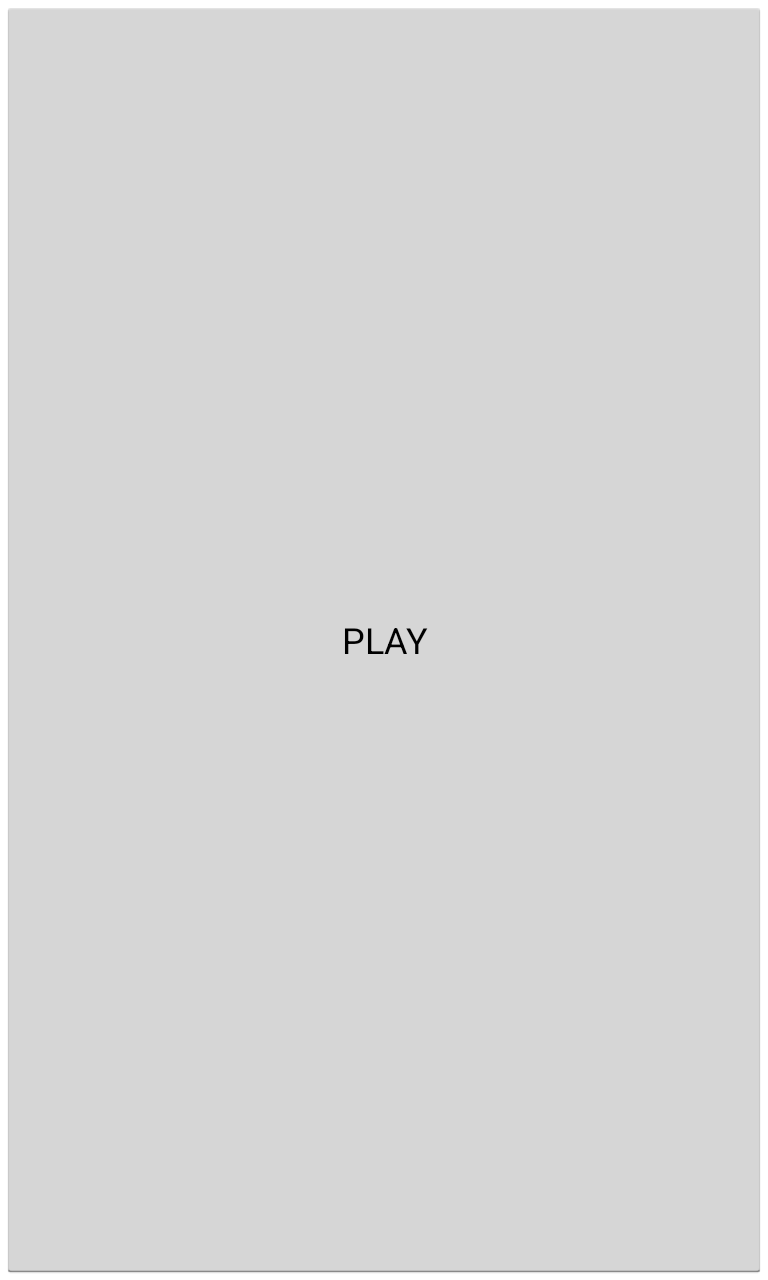
Repository: thiagopsilva/Android-book
Layout: Som/res/layout/activity_som.xml
An editor plug-in stored every save of this project. The layout is shown before and after the next save, followed by the edit.
It is drawn on a 768 x 1280 px phone screen (xhdpi) without system bars, with theme AppTheme; the app's code is not run.

Above is the layout before, as saved 2012-12-14 15:07:42.

After the next save:
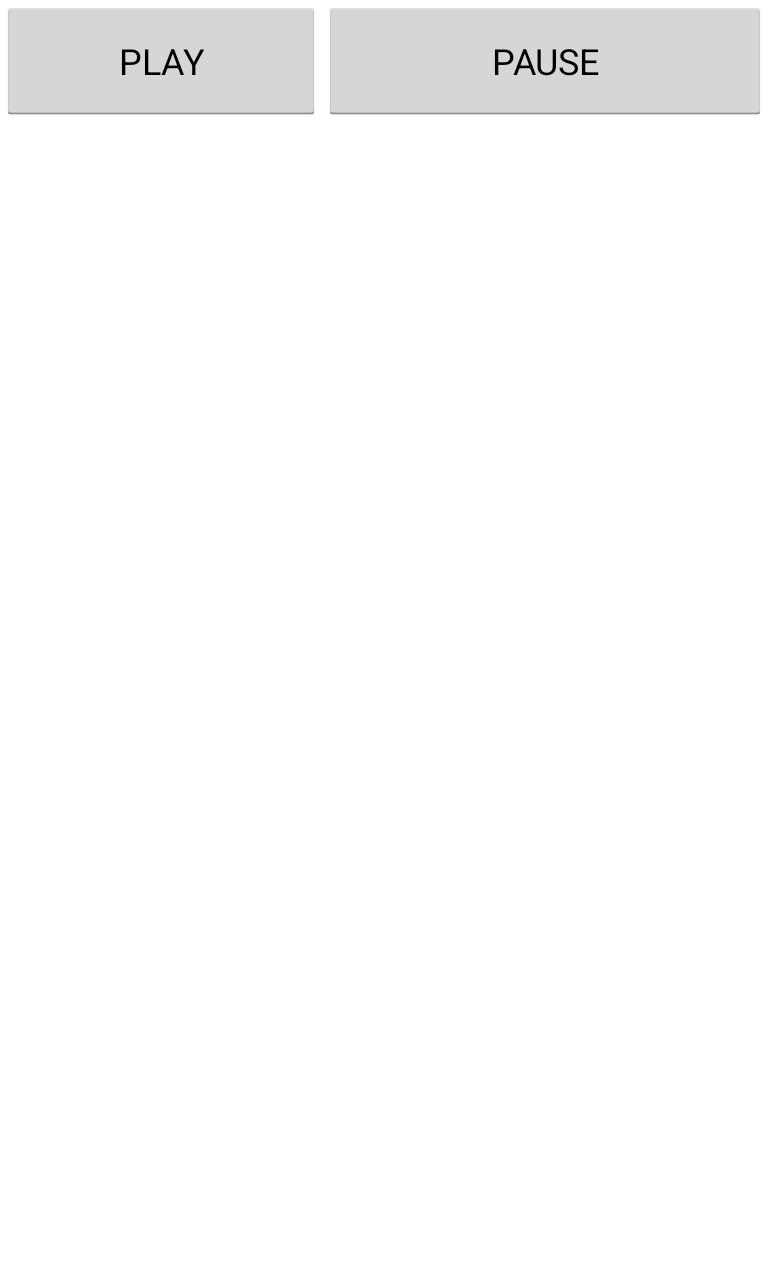
Saved 38 s later.
--- a/Som/res/layout/activity_som.xml
+++ b/Som/res/layout/activity_som.xml
@@ -6,14 +6,14 @@
 
     <Button
         android:id="@+id/btplay"
-        android:layout_width="fill_parent"
-        android:layout_height="fill_parent"
+        android:layout_width="161dp"
+        android:layout_height="61dp"
         android:text="PLAY" />
 
     <Button
         android:id="@+id/btpause"
         android:layout_width="fill_parent"
-        android:layout_height="fill_parent"
+        android:layout_height="61dp"
         android:text="PAUSE" />
 
 </LinearLayout>
